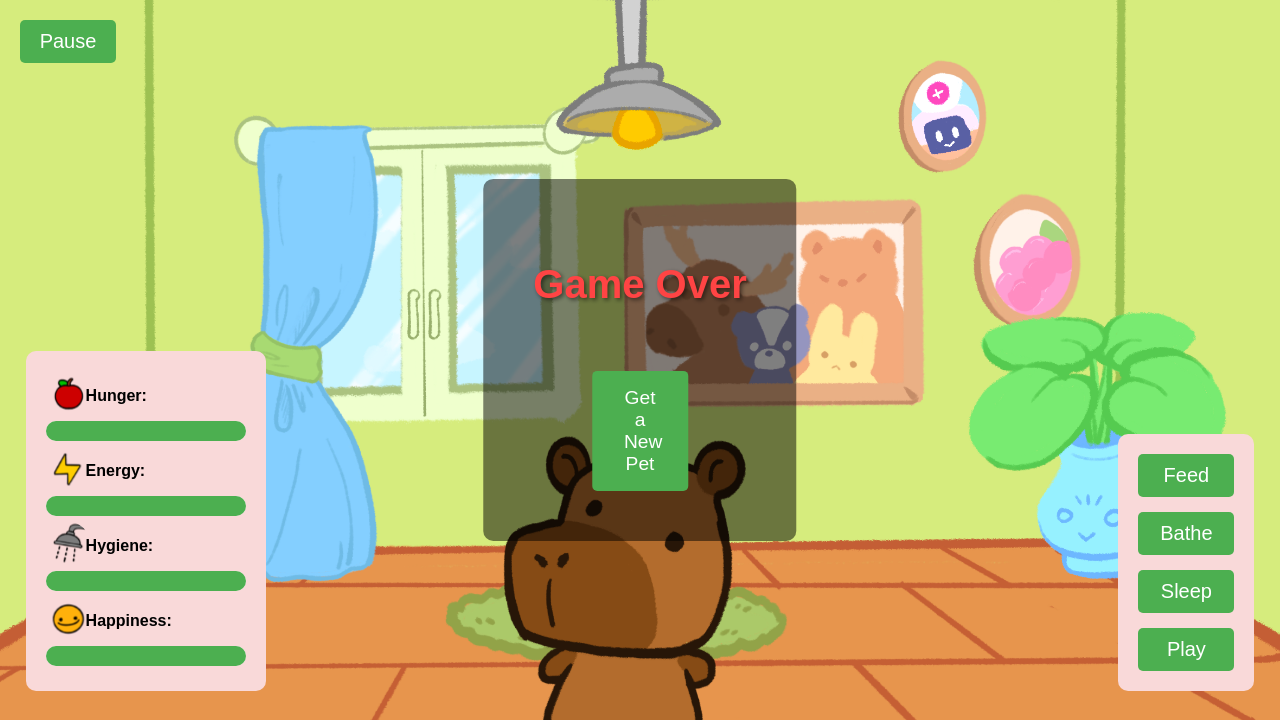
Repository: sarahjx/CapyCare
Page: html/index.html
These files come from the project's save history. The page is drawn as it stood at one moment and after the next save; the edit follows.
The browser window is 1280 px wide. The pictures show the whole page.
Some web fonts or font styles are not loaded; a fallback is used.

Above is the page before, as saved 2025-05-01 14:51:24.
Console error: TypeError: Cannot set properties of null (setting 'innerText')

After the next save:
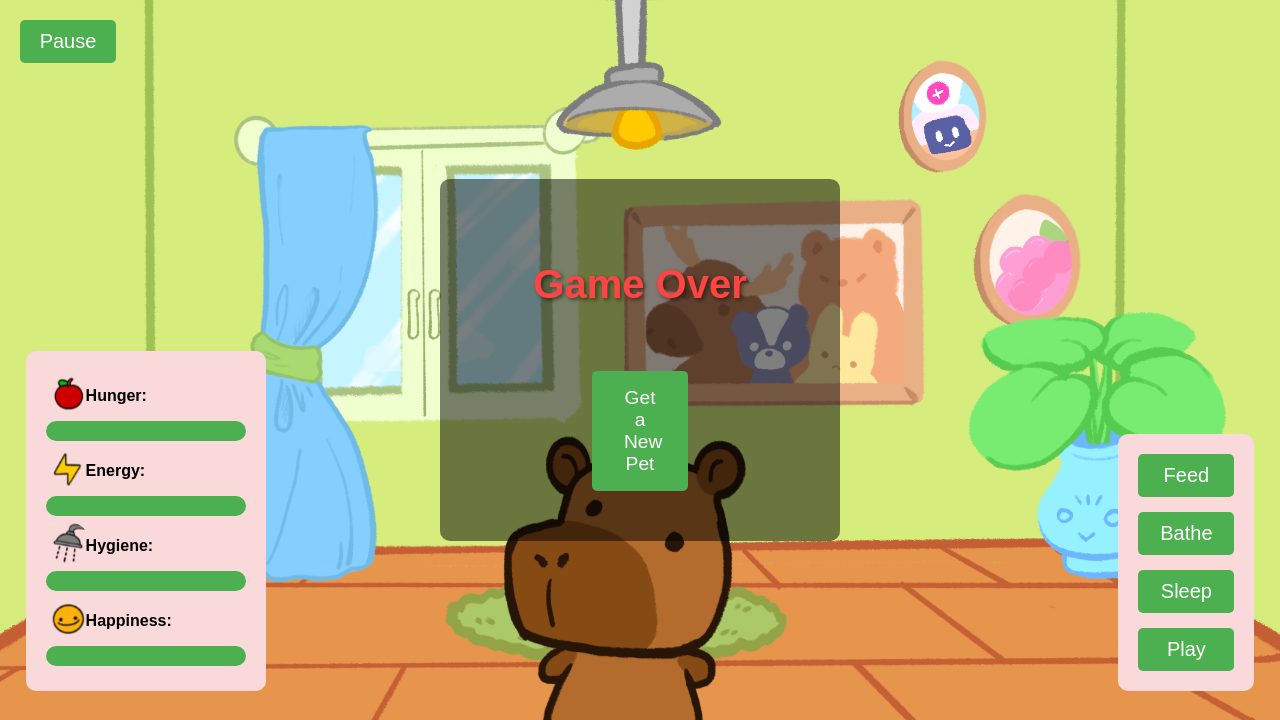
Saved 58 s later.
--- a/css/statusbar.css
+++ b/css/statusbar.css
@@ -171,11 +171,15 @@ button:hover {
   position: fixed;
   top: 0;
   left: 0;
-  width: 100%;
-  height: 100%;
+  right: 0;
+  bottom: 0;
+  width: 100vw;
+  height: 100vh;
   background-color: rgba(0, 0, 0, 0.2);
   display: none;
   z-index: 1000;
+  margin: 0;
+  padding: 0;
 }
 
 .game-over-content {
@@ -192,6 +196,7 @@ button:hover {
   color: white;
   border-radius: 10px;
   z-index: 1001;
+  min-width: 300px;
 }
 
 .game-over-content h2 {
